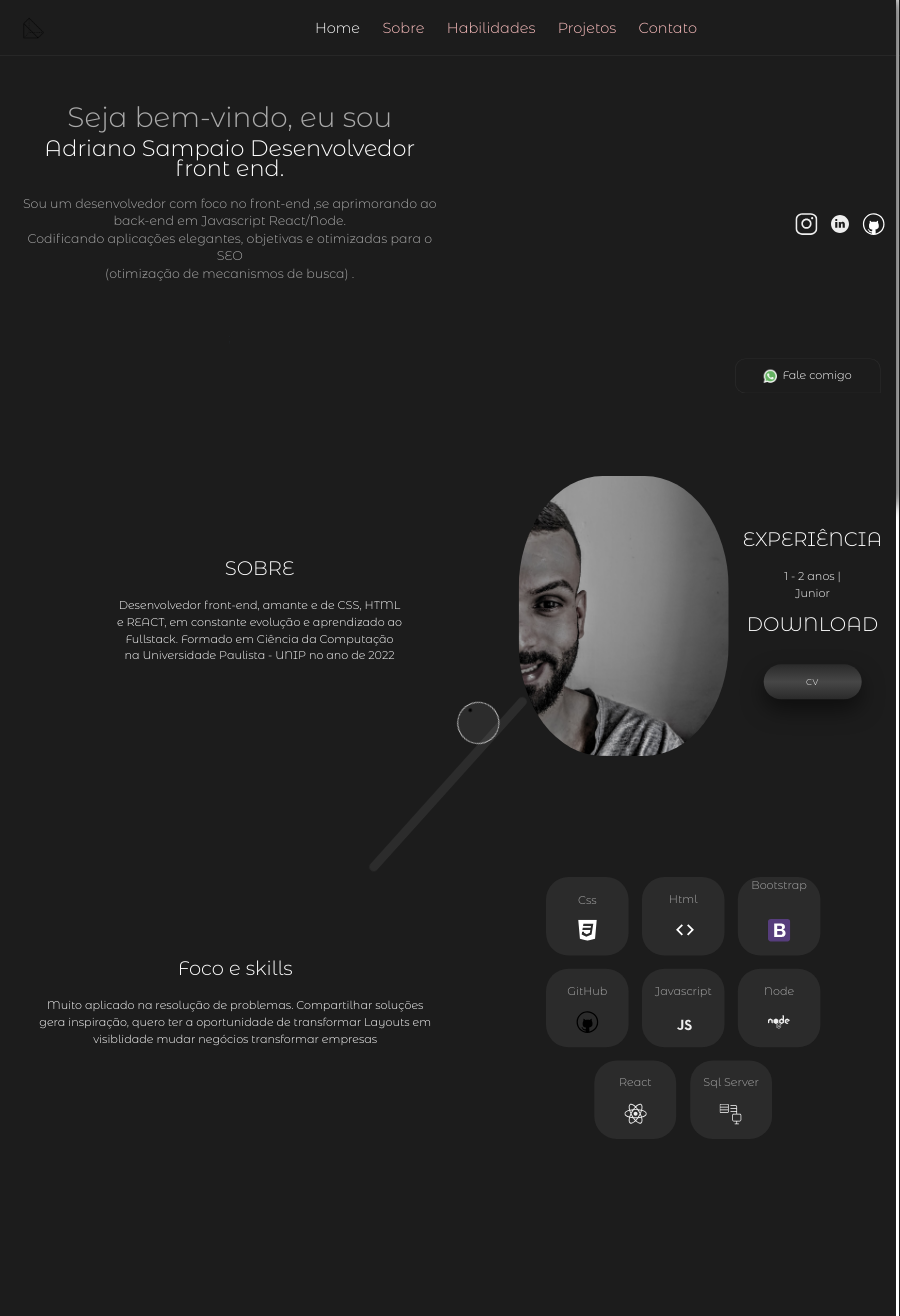
Repository: adrianodisam/NovoPortifolio
Page: /
These files come from the project's save history. The page is drawn as it stood at one moment and after the next save; the edit follows.
The browser window is 1280 px wide. The page is 1285 px wide, then 1280 px, so the pictures cover 1285 px, including what lies to the right of the window. The pictures show the part of the page from y = 0 to 1880 px (the page is 3024 px tall), at 70% of full size.
The project was rebuilt for these pictures with package versions that can differ from the ones it lists, and the page was loaded fresh each time. Imported but missing from the stored project, and not drawn on this page: src/componentes/Download/Adriano.pdf.

Above is the page before, as saved 2024-11-02 17:09:39.

After the next save:
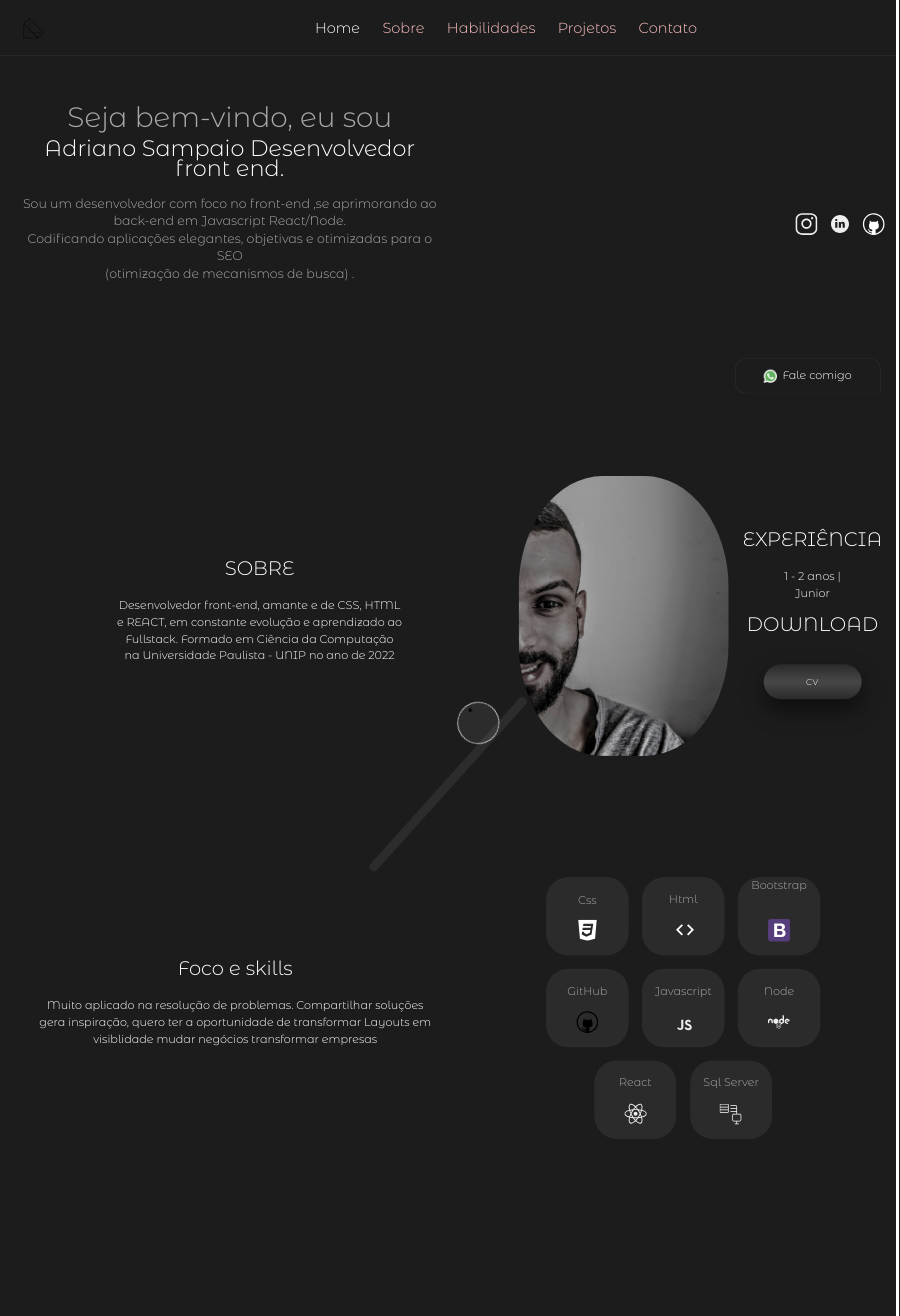
Saved 36 s later.
--- a/src/componentes/FotoSobre/FotoSobre.module.css
+++ b/src/componentes/FotoSobre/FotoSobre.module.css
@@ -20,7 +20,7 @@
 
 }
 
-.Container::before {
+.Container img ::before {
   content: '';
   position: absolute;
   top: -5px; /* Ajuste a posição conforme necessário */
